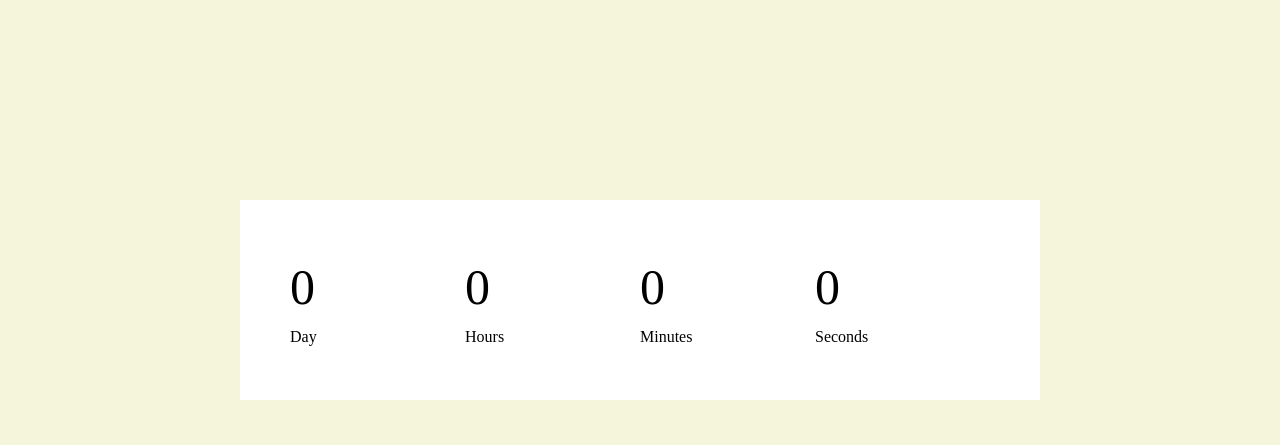
Repository: tienbkvn0605/counddown-demo
Page: index.html
These files come from the project's save history. The page is drawn as it stood at one moment and after the next save; the edit follows.
The browser window is 1280 px wide. The pictures show the whole page.

Above is the page before, as saved 2022-10-04 23:24:42.

### index.html
<!DOCTYPE html>
<html lang="en">
  <head>
    <meta charset="UTF-8" />
    <meta http-equiv="X-UA-Compatible" content="IE=edge" />
    <meta name="viewport" content="width=device-width, initial-scale=1.0" />
    <link rel="stylesheet" href="resetcss.css" />
    <link rel="stylesheet" href="style.css" />
    <title>Document</title>
  </head>
  <body>
    <ul class="countdown">
      <li>
        <span class="number days">0</span>
        <span class="text">Day</span>
      </li>
      <li>
        <span class="number hours">0</span>
        <span class="text">Hours</span>
      </li>
      <li>
        <span class="number minutes">0</span>
        <span class="text">Minutes</span>
      </li>
      <li>
        <span class="number seconds">0</span>
        <span class="text">Seconds</span>
      </li>
    </ul>
  </body>
  <script src="app.js"></script>
</html>

### resetcss.css
*,
*::before,
*::after {
  box-sizing: border-box;
}
* {
  margin: 0;
  padding: 0;
  font: inherit;
}
body {
  line-height: 1.5;
}
img,
picture,
video,
canvas,
svg {
  display: block;
  max-width: 100%;
}
input,
button,
textarea,
select {
  outline: none;
}
p,
h1,
h2,
h3,
h4,
h5,
h6 {
  overflow-wrap: break-word;
}

### style.css
body {
  background-color: beige;
}
ul {
  list-style: none;
}
.countdown {
  width: 800px;
  height: 200px;
  margin: 200px auto;
  background-color: white;
  display: grid;
  grid-template-columns: repeat(4, 1fr);
  padding: 50px;
}
.countdown li {
  display: flex;
  flex-direction: column;
}
.number {
  font-size: 50px;
}

Loaded but not shown: app.js (no copy from this time; the picture is the same without it)

After the next save:
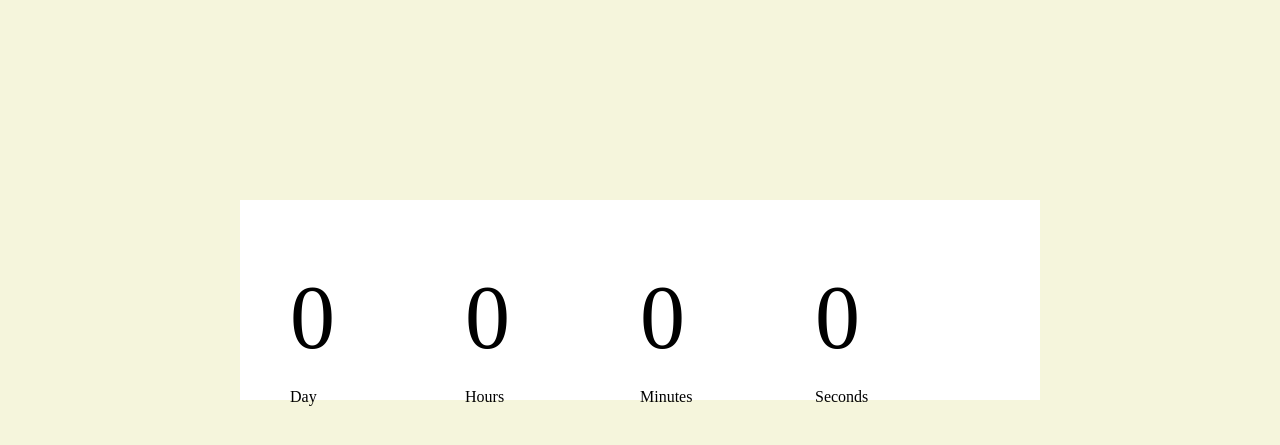
Saved 6 s later.
--- a/style.css
+++ b/style.css
@@ -18,5 +18,5 @@ ul {
   flex-direction: column;
 }
 .number {
-  font-size: 50px;
+  font-size: 90px;
 }
